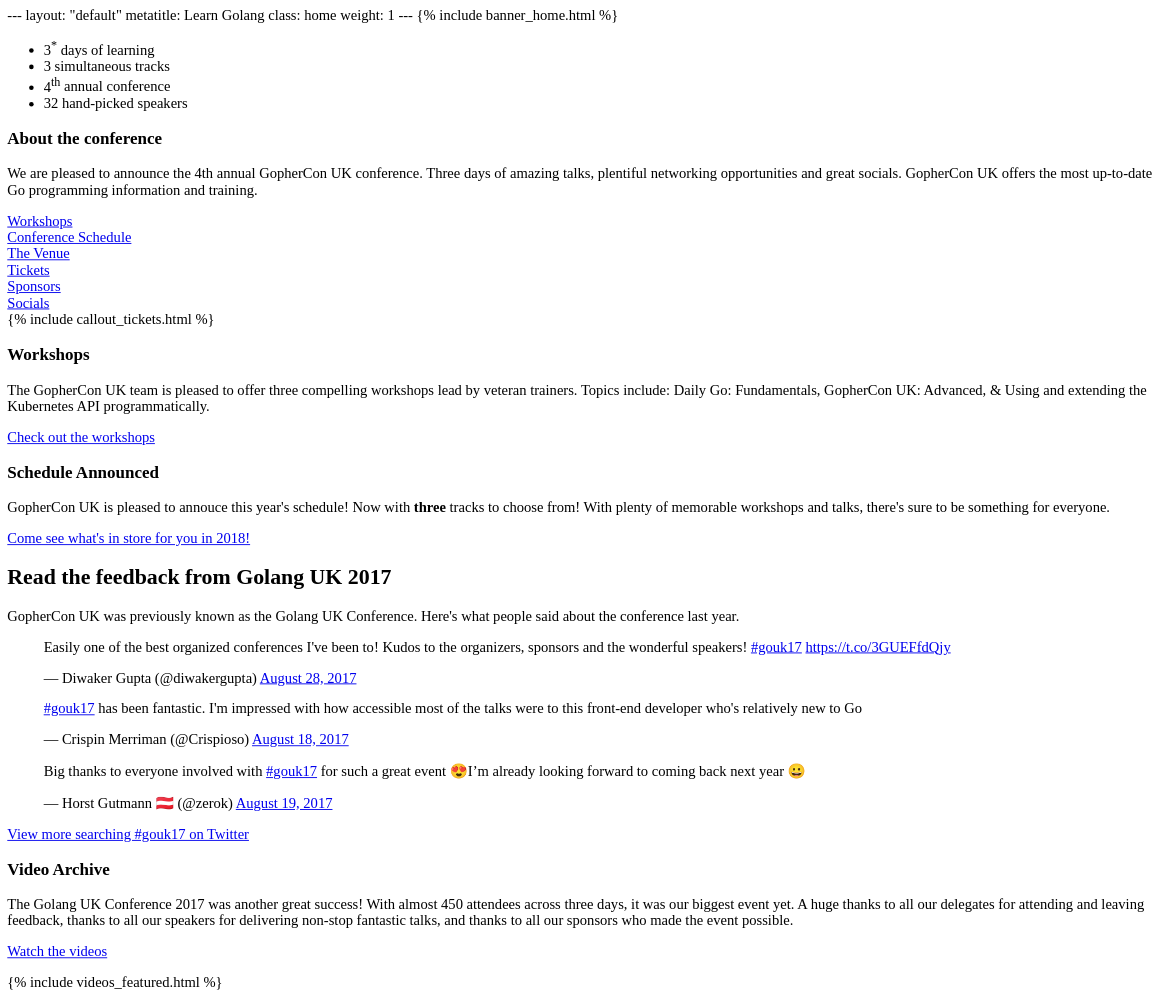
Repository: vitisevents/appliedai
Page: /
The author's editor kept a copy of each file at every save. The page is drawn from the files as they stood at one save, then again after the next save.
The browser window is 1280 px wide. The pictures show the whole page, at 91% of full size.
The project was rebuilt for these pictures with package versions that can differ from the ones it lists, and the page was loaded fresh each time. Also part of the build but not shown: webpack.config.js.

Above is the page before, as saved 2018-06-13 19:04:23.
Console error: ReferenceError: define is not defined

### index.html
---
layout: "default"
metatitle: Learn Golang
class: home
weight: 1
---

{% include banner_home.html %}
<div class="row -dark -collapse">
    <div class="wrapper">
        <ul class="fact grid">
            <li class="grid__item u-1/2 u-1/4@md">
                <div class="fact__item">
                    <div class="fact__text">
                        <span class="fact__figure">3<sup>*</sup></span>
                        <span class="fact__label">days of learning</span>
                    </div>
                </div>
            </li>
            <li class="grid__item u-1/2 u-1/4@md">
                <div class="fact__item">
                    <div class="fact__text">
                        <span class="fact__figure">3</span>
                        <span class="fact__label">simultaneous tracks</span>
                    </div>
                </div>
            </li>
            <li class="grid__item u-1/2 u-1/4@md">
                <div class="fact__item">
                    <div class="fact__text">
                        <span class="fact__figure">4<sup>th</sup></span>
                        <span class="fact__label">annual conference</span>
                    </div>
                </div>
            </li>
            <li class="grid__item u-1/2 u-1/4@md">
                <div class="fact__item">
                    <div class="fact__text">
                        <span class="fact__figure">32</span>
                        <span class="fact__label">hand-picked speakers</span>
                    </div>
                </div>
            </li>
        </ul>
    </div>
</div>

<div class="row -about">
    <div class="wrapper">
        <h3>About the conference</h3>
        <p>We are pleased to announce the 4th annual GopherCon UK conference. Three days of amazing talks, plentiful networking opportunities and great socials. GopherCon UK offers the most up-to-date Go programming information and training.</p>
    </div>
    <div class="wrapper">
        <div class="grid">
            <div class="grid__item u-1/3@md u-1/2@sm">
                <div class="panel speakers">
                    <div class="gradient -green"></div>
                    <a href="/workshop-day/">
                        <span class="panel__title">Workshops</span>
                    </a>
                </div>
            </div>
            <div class="grid__item u-1/3@md u-1/2@sm">
                <div class="panel schedule">
                    <div class="gradient -red"></div>
                    <a href="/schedule">
                        <span class="panel__title">Conference Schedule</span>
                    </a>
                </div>
            </div>
            <div class="grid__item u-1/3@md u-1/2@sm">
                <div class="panel venue">
                    <div class="gradient -purple"></div>
                    <a href="/venue">
                        <span class="panel__title">The Venue</span>
                    </a>
                </div>
            </div>
            <div class="grid__item u-1/3@md u-1/2@sm">
                <div class="panel tickets">
                    <div class="gradient -orange"></div>
                    <a href="/tickets">
                        <span class="panel__title">Tickets</span>
                    </a>
                </div>
            </div>
            <div class="grid__item u-1/3@md u-1/2@sm">
                <div class="panel sponsors">
                    <div class="gradient -blue"></div>
                    <a href="/sponsors">
                        <span class="panel__title">Sponsors</span>
                    </a>
                </div>
            </div>
            <div class="grid__item u-1/3@md u-1/2@sm">
                <div class="panel socials">
                    <div class="gradient -pink"></div>
                    <a href="/socials">
                        <span class="panel__title">Socials</span>
                    </a>
                </div>
            </div>
        </div>
    </div>
</div>

<div class="row -collapse">
    <div class="wrapper">
        {% include callout_tickets.html %}
    </div>
</div>

<div class="row -about">
    <div class="wrapper">
        <div class="grid">
            <div class="grid__item u-1/2@md u-1/2@sm">
                <h3>Workshops</h3>
                <p>The GopherCon UK team is pleased to offer three compelling workshops lead by veteran trainers. Topics include: Daily Go: Fundamentals, GopherCon UK: Advanced, &amp; Using and extending the Kubernetes API programmatically.</p>
                <p><a class="link" href="/workshop-day/">Check out the workshops</a></p>
            </div>
            <div class="grid__item u-1/2@md u-1/2@sm">
                <h3>Schedule Announced</h3>
                <p>GopherCon UK is pleased to annouce this year's schedule! Now with <strong>three</strong> tracks to choose from! With plenty of memorable workshops and talks, there's sure to be something for everyone.</p>
                <p><a href="/schedule" class="link">Come see what's in store for you in 2018!</a></p>
            </div>
        </div>
    </div>
</div>

<div class="row -testimonials -medium">
    <div class="wrapper">
        <h2 class="text-center">Read the feedback from Golang UK 2017</h2>
        <p class="text-center">GopherCon UK was previously known as the Golang UK Conference. Here's what people said about the conference last year.</p>
        <div class="grid">
            <div class="grid__item u-1/3@md u-1/1@sm">
                <blockquote data-cards="hidden" class="twitter-tweet" data-lang="en"><p lang="en" dir="ltr">Easily one of the best organized conferences I&#39;ve been to! Kudos to the organizers, sponsors and the wonderful speakers! <a href="https://twitter.com/hashtag/gouk17?src=hash&amp;ref_src=twsrc%5Etfw">#gouk17</a> <a href="https://t.co/3GUEFfdQjy">https://t.co/3GUEFfdQjy</a></p>&mdash; Diwaker Gupta (@diwakergupta) <a href="https://twitter.com/diwakergupta/status/902284225730166784?ref_src=twsrc%5Etfw">August 28, 2017</a></blockquote>
            </div>
            <div class="grid__item u-1/3@md u-1/1@sm">
                <blockquote data-cards="hidden" class="twitter-tweet" data-lang="en"><p lang="en" dir="ltr"><a href="https://twitter.com/hashtag/gouk17?src=hash&amp;ref_src=twsrc%5Etfw">#gouk17</a> has been fantastic. I&#39;m impressed with how accessible most of the talks were to this front-end developer who&#39;s relatively new to Go</p>&mdash; Crispin Merriman (@Crispioso) <a href="https://twitter.com/Crispioso/status/898600657795657728?ref_src=twsrc%5Etfw">August 18, 2017</a></blockquote>
            </div>
            <div class="grid__item u-1/3@md u-1/1@sm">
                <blockquote data-cards="hidden" class="twitter-tweet" data-lang="en"><p lang="en" dir="ltr">Big thanks to everyone involved with <a href="https://twitter.com/hashtag/gouk17?src=hash&amp;ref_src=twsrc%5Etfw">#gouk17</a> for such a great event 😍I’m already looking forward to coming back next year 😀</p>&mdash; Horst Gutmann 🇦🇹 (@zerok) <a href="https://twitter.com/zerok/status/898994275991470080?ref_src=twsrc%5Etfw">August 19, 2017</a></blockquote>
            </div>
            <script async src="//platform.twitter.com/widgets.js" charset="utf-8"></script>
        </div>
        <p class="text-center"><a class="link" href="https://twitter.com/search?q=gouk17" target="_blank">View more searching #gouk17 on Twitter</a></p>
    </div>
</div>

<div class="row -history">
    <div class="wrapper">
        <h3>Video Archive</h3>
        <p>The Golang UK Conference 2017 was another great success! With almost 450 attendees across three days, it was our biggest event yet. A huge thanks to all our delegates for attending and leaving feedback, thanks to all our speakers for delivering non-stop fantastic talks, and thanks to all our sponsors who made the event possible.</p>
        <p><a href="/videos" class="link">Watch the videos</a></p>
        {% include videos_featured.html %}
    </div>
</div>

### assets/javascripts/main.js
define(['jquery'], function ($) {

    require('./nav.js');

});

After the next save:
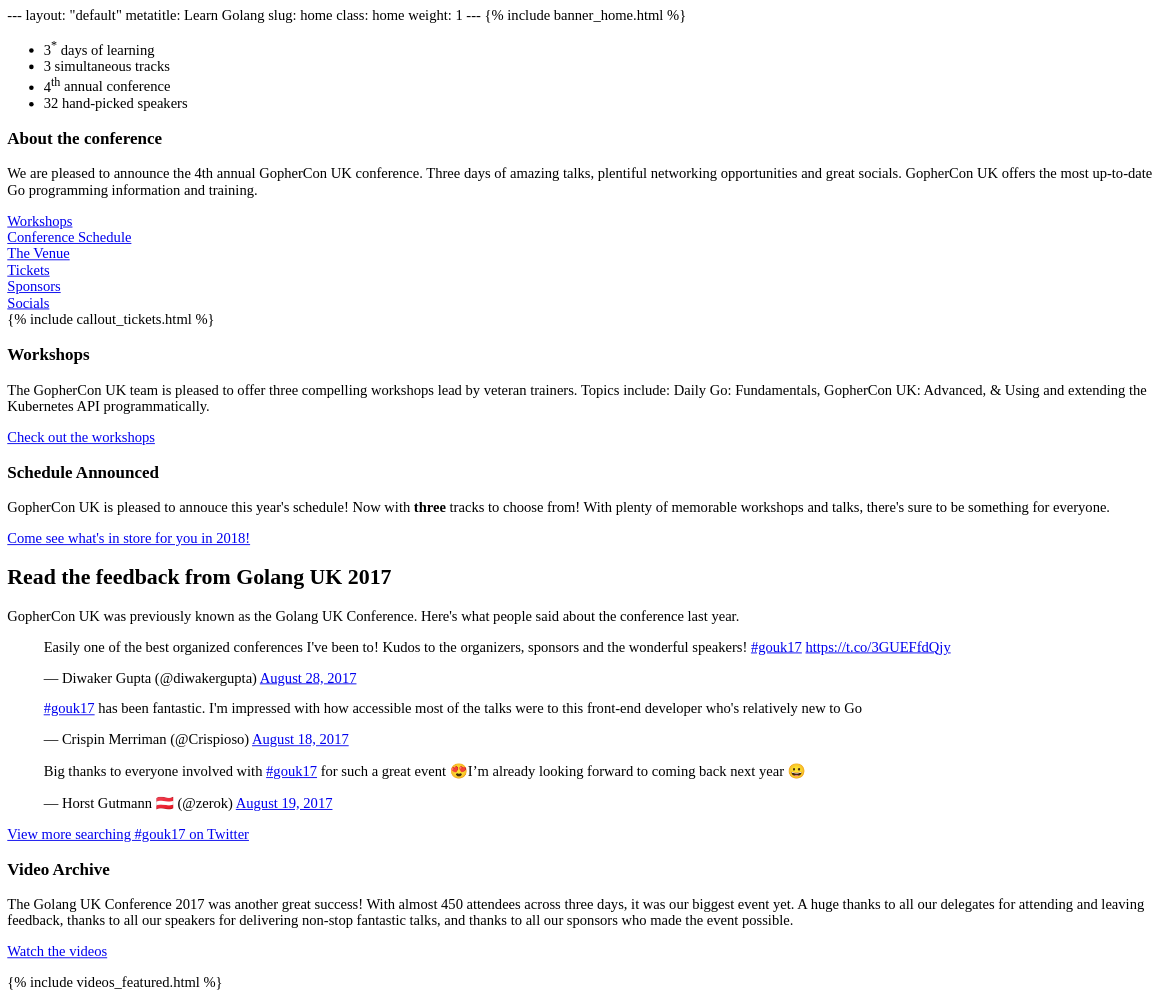
Saved 5 min 53 s later.
--- a/index.html
+++ b/index.html
@@ -1,6 +1,7 @@
 ---
 layout: "default"
 metatitle: Learn Golang
+slug: home
 class: home
 weight: 1
 ---
